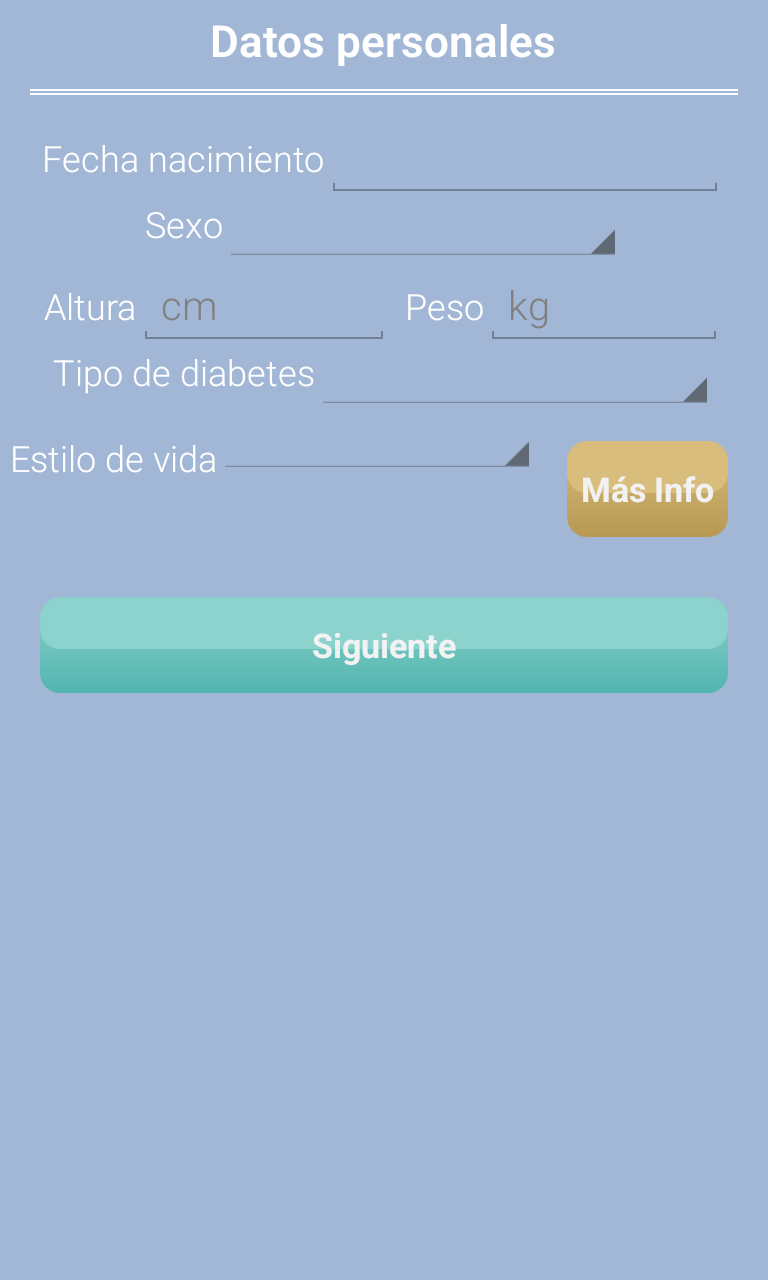
Repository: HectorGarciaMiguel/ssii-diabetes-060036
Layout: SeguimientoDiabetes/res/layout/activity_configuracion1.xml
The author's editor kept a copy of each file at every save. The layout is drawn from the files as they stood at one save, then again after the next save.
It is drawn on a 768 x 1280 px phone screen (xhdpi) without system bars, with theme AppTheme; the app's code is not run.

Above is the layout before, as saved 2015-11-20 10:17:04.

### SeguimientoDiabetes/res/layout/activity_configuracion1.xml
<ScrollView xmlns:android="http://schemas.android.com/apk/res/android"
    xmlns:tools="http://schemas.android.com/tools"
    android:layout_width="fill_parent"
    android:layout_height="fill_parent"
    android:orientation="vertical">

<LinearLayout
    android:layout_width="fill_parent"
    android:layout_height="fill_parent"
    android:orientation="vertical"
    android:layout_margin="5dp"
    tools:context=".Configuracion1Activity" >

    <LinearLayout
        android:layout_width="fill_parent"
        android:layout_height="wrap_content"
        android:orientation="horizontal"
        android:gravity="center" >

        <TextView
            android:id="@+id/textView0"
            style="@style/RobotoStyleTextViewNegrita"
            android:layout_width="wrap_content"
            android:layout_height="wrap_content"
            android:text="Datos personales" />

    </LinearLayout>

          <View
              android:layout_width="wrap_content"
              android:layout_height="1dp"
              android:layout_marginBottom="1dp"
              android:layout_marginLeft="10dp"
              android:layout_marginRight="10dp"
              android:layout_marginTop="10dp"
              android:background="#FFFFFF" />

          <View
              android:layout_width="wrap_content"
              android:layout_height="1dp"
              android:layout_marginBottom="10dp"
              android:layout_marginLeft="10dp"
              android:layout_marginRight="10dp"
              android:background="#FFFFFF" />

    <LinearLayout
        android:layout_width="fill_parent"
        android:layout_height="wrap_content"
        android:orientation="horizontal"
        android:gravity="center_horizontal"
        android:layout_weight="0.2" >

        <TextView
            android:id="@+id/textView1"
            android:layout_width="wrap_content"
            android:layout_height="wrap_content"
            android:text="Fecha nacimiento" />

        <EditText
            android:id="@+id/editText1"
            android:layout_width="200dp"
            android:layout_height="wrap_content"
            android:inputType="date"
            android:onClick="lanzarFecha" >

        </EditText>

    </LinearLayout>

    <LinearLayout
        android:layout_width="wrap_content"
        android:layout_height="wrap_content"
        android:orientation="horizontal"
        android:layout_gravity="center_horizontal"
        android:layout_weight="0.2" >

        <TextView
            android:id="@+id/textView2"
            android:layout_width="wrap_content"
            android:layout_height="wrap_content"
            android:text="Sexo" />

           <Spinner
              	android:id="@+id/CmbOpciones1"
				android:layout_width="200dp"
               	android:layout_height="wrap_content" />

    </LinearLayout>

    <LinearLayout
        android:layout_width="fill_parent"
        android:layout_height="wrap_content"
        android:orientation="horizontal"
        android:gravity="center_horizontal"
        android:layout_weight="0.2"
        android:dividerPadding="10dp">

        <TextView
            android:id="@+id/textView4"
            android:layout_width="wrap_content"
            android:layout_height="wrap_content"
            android:text="Altura" />

        <EditText
            android:id="@+id/editText3"
            android:layout_width="wrap_content"
            android:layout_height="wrap_content"
            android:hint="cm               "
            android:layout_marginRight="7dp"
            android:inputType="number" />

        <TextView
            android:id="@+id/textView3"
            android:layout_width="wrap_content"
            android:layout_height="wrap_content"
            android:text="Peso" />

        <EditText
            android:id="@+id/editText2"
            android:layout_width="wrap_content"
            android:layout_height="wrap_content"
            android:hint="kg               "
            android:inputType="numberDecimal" />

    </LinearLayout>

    <LinearLayout
        android:layout_width="fill_parent"
        android:layout_height="wrap_content"
        android:orientation="horizontal"
        android:gravity="center_horizontal"
        android:layout_weight="0.2" >

        <TextView
            android:id="@+id/textView5"
            android:layout_width="wrap_content"
            android:layout_height="wrap_content"
            android:text="Tipo de diabetes" />

        <Spinner
            android:id="@+id/CmbOpciones2"
            android:layout_width="200dp"
            android:layout_height="wrap_content"/>

    </LinearLayout>

    <LinearLayout
        android:layout_width="fill_parent"
        android:layout_height="wrap_content"
        android:orientation="horizontal"
        android:gravity="center_horizontal"
        android:layout_weight="1">

        <TextView
            android:id="@+id/textView6"
            android:layout_width="wrap_content"
            android:layout_height="wrap_content"
            android:text="Estilo de vida" />

        <Spinner
            android:id="@+id/CmbOpciones3"
			android:layout_width="160dp"
            android:layout_height="wrap_content" />

        <Button
            android:id="@+id/button1"
            android:background="@drawable/mibotonnaranja"
			style="@style/Boton"
        	android:onClick="lanzarInfo2"
        	android:layout_height="wrap_content"
        	android:text="Más Info" />

    </LinearLayout>

    <LinearLayout
        android:layout_width="fill_parent"
        android:layout_height="wrap_content"
        android:orientation="horizontal"
        android:gravity="center_horizontal"
        android:layout_weight="0.2" >

        <Button
            android:id="@+id/button2"
            style="@style/Boton"
            android:background="@drawable/mibotonverde"
			android:layout_height="wrap_content"
            android:onClick="lanzarConfiguracion2"
            android:text="Siguiente" />

    </LinearLayout>

</LinearLayout>
</ScrollView>

### SeguimientoDiabetes/res/drawable/mibotonnaranja.xml
<?xml version="1.0" encoding="utf-8"?>
<selector xmlns:android="http://schemas.android.com/apk/res/android" >

 <item android:state_pressed="true">
     <layer-list >
       <item >
           <shape android:shape="rectangle">
            <gradient
  				  android:startColor="#A08648"
                  android:endColor="#806830"
                  android:angle="-90"
                  android:type="linear"
                  />
            <corners android:radius="10dp" />
            </shape>
            </item>
            <item android:top="1dp" android:bottom="22dp" >
 	 <shape android:shape="rectangle">
  				<solid android:color="#A08648"/>
              <corners android:radius="10dp" />

            </shape>
      </item>
      </layer-list>
  </item>




<item android:state_focused="true">
     <layer-list >
       <item >
           <shape android:shape="rectangle">
            <gradient
  				  android:startColor="#A08648"
                  android:endColor="#806830"
                  android:angle="-90"
                  android:type="linear"
                  />
            <corners android:radius="10dp" />
            </shape>
            </item>
            <item android:top="1dp" android:bottom="50px" >
  <shape android:shape="rectangle">
  <solid android:color="#A08648"/>
              <corners android:radius="10dp" />

            </shape>
      </item>
      </layer-list>
  </item>







 <item>
     <layer-list >
       <item >
           <shape android:shape="rectangle">
            <gradient
  				  android:startColor="#D9BD7D"
                  android:endColor="#B79953"
                  android:angle="-90"
                  android:type="linear"
                  />
			<corners android:radius="10dp" />
			</shape>
        </item>
        <item android:top="1dp" android:bottom="22dp" >
  			<shape android:shape="rectangle">
  			<solid android:color="#D9BD7D"/>
       			<corners android:radius="10dp" />
           </shape>
      </item>
      </layer-list>
  </item>
</selector>

### SeguimientoDiabetes/res/drawable/mibotonverde.xml
<?xml version="1.0" encoding="utf-8"?>
<selector xmlns:android="http://schemas.android.com/apk/res/android" >

 <item android:state_pressed="true">
     <layer-list >
       <item >
           <shape android:shape="rectangle">
            <gradient
  				  android:startColor="#104849"
                  android:endColor="#0B393A"
                  android:angle="-90"
                  android:type="linear"
                  />
            <corners android:radius="10dp" />
            </shape>
            </item>
            <item android:top="1dp" android:bottom="22dp" >
 	 <shape android:shape="rectangle">
  				<solid android:color="#104849"/>
              <corners android:radius="10dp" />

            </shape>
      </item>
      </layer-list>
  </item>




<item android:state_focused="true">
     <layer-list >
       <item >
           <shape android:shape="rectangle">
            <gradient
  				  android:startColor="#104849"
                  android:endColor="#0B393A"
                  android:angle="-90"
                  android:type="linear"
                  />
            <corners android:radius="10dp" />
            </shape>
            </item>
            <item android:top="1dp" android:bottom="50px" >
  <shape android:shape="rectangle">
  <solid android:color="#104849"/>
              <corners android:radius="10dp" />

            </shape>
      </item>
      </layer-list>
  </item>







 <item>
     <layer-list >
       <item >
           <shape android:shape="rectangle">
            <gradient
  				  android:startColor="#8CD2CD"
                  android:endColor="#53B5AF"
                  android:angle="-90"
                  android:type="linear"
                  />
			<corners android:radius="10dp" />
			</shape>
        </item>
        <item android:top="1dp" android:bottom="22dp" >
  			<shape android:shape="rectangle">
  			<solid android:color="#8CD2CD"/>
       			<corners android:radius="10dp" />
           </shape>
      </item>
      </layer-list>
  </item>
</selector>

Loaded but not shown: SeguimientoDiabetes/res/values/styles.xml (common file); SeguimientoDiabetes/res/values-v11/styles.xml (common file); SeguimientoDiabetes/res/values-v14/styles.xml (common file)

After the next save:
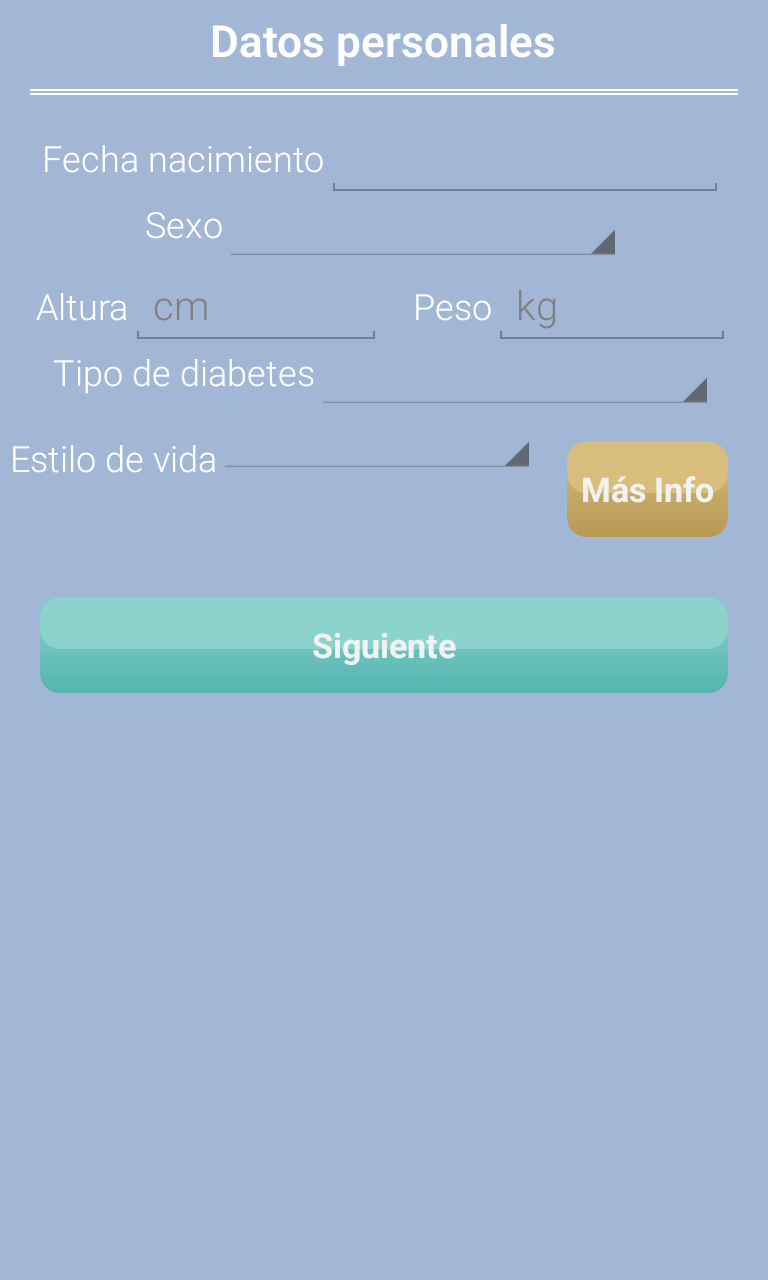
Saved 7 s later.
--- a/SeguimientoDiabetes/res/layout/activity_configuracion1.xml
+++ b/SeguimientoDiabetes/res/layout/activity_configuracion1.xml
@@ -106,7 +106,7 @@
             android:layout_width="wrap_content"
             android:layout_height="wrap_content"
             android:hint="cm               "
-            android:layout_marginRight="7dp"
+            android:layout_marginRight="15dp"
             android:inputType="number" />
 
         <TextView
